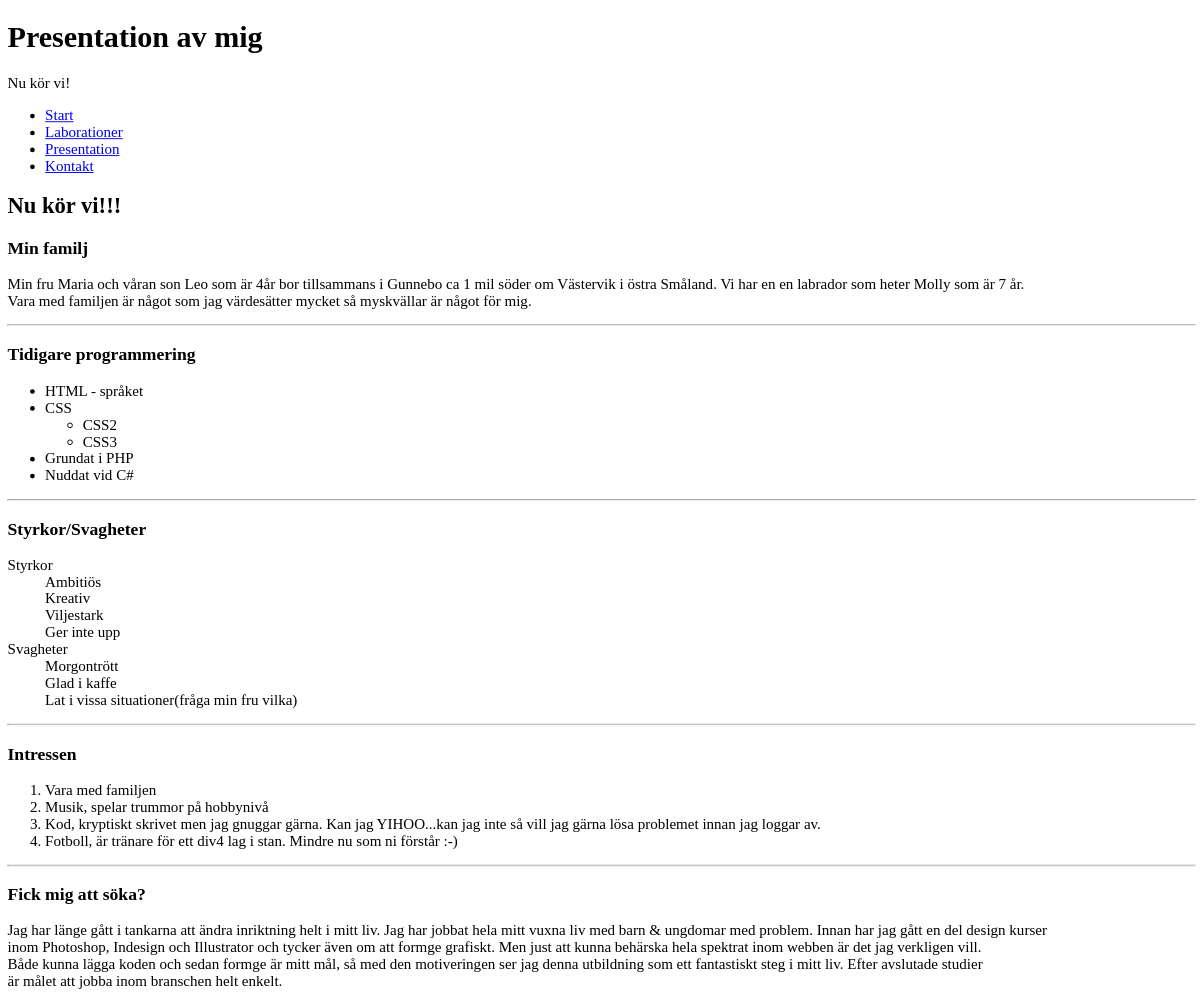
Repository: jt222ia/1ik415-jt222ia-laborationer
Page: pages/presentation.html
The author's editor kept a record of every edit. The page is drawn from the files as they stood at one moment, then again after the next edit.
The browser window is 1280 px wide. The pictures show the whole page, at 94% of full size.

Above is the page before.

### pages/presentation.html
<!DOCTYPE html>
<html>
    <head>
        <meta charset="utf-8" />
        <title>Min kursblogg - Presentation</title>
    </head>

    <body>

    <!-- Nu börjar jag presentationen av mig :-) -->

    <h1>Presentation av mig</h1>
        <span>Nu kör vi!</span>

            <ul>
               <li><a href="../index.html">Start</a></li>
               <li><a href="laborationer.html">Laborationer</a></li>
               <li><a href="presentation.html">Presentation</a></li>
               <li><a href="kontakt.html">Kontakt</a></li>
            </ul>

        <h2>Nu kör vi!!!</h2>

            <h3>Min familj</h3>
                    <p> Min fru Maria och våran son Leo som är 4år bor tillsammans i Gunnebo ca 1 mil söder om Västervik i östra Småland.
                    Vi har en en labrador som heter Molly som är 7 år. <br />
                    Vara med familjen är något som jag värdesätter mycket så myskvällar är något för mig.
                    </p>
                    <hr />

            <h3>Tidigare programmering</h3>
                    <ul>
                        <li>HTML - språket</li>
                        <li>CSS
                            <ul>
                                <li>CSS2</li>
                                <li>CSS3</li>
                            </ul>
                        </li>
                        <li>Grundat i PHP</li>
                        <li>Nuddat vid C#</li>
                    </ul>
                    <hr />

            <h3>Styrkor/Svagheter</h3>
                    <dl>
                        <dt>Styrkor</dt>
                            <dd>Ambitiös</dd>
                            <dd>Kreativ</dd>
                            <dd>Viljestark</dd>
                            <dd>Ger inte upp</dd>

                        <dt>Svagheter</dt>
                            <dd>Morgontrött</dd>
                            <dd>Glad i kaffe</dd>
                            <dd>Lat i vissa situationer(fråga min fru vilka)</dd>
                    </dl>
                    <hr />

            <h3>Intressen</h3>
                        <ol>
                          <li>Vara med familjen</li>
                          <li>Musik, spelar trummor på hobbynivå</li>
                          <li>Kod, kryptiskt skrivet men jag gnuggar gärna. Kan jag YIHOO...kan jag inte så vill jag gärna lösa problemet innan jag loggar av.</li>
                          <li>Fotboll, är tränare för ett div4 lag i stan. Mindre nu som ni förstår :-)</li>
                        </ol>
                    <hr />

            <h3>Fick mig att söka?</h3>
                    <p>Jag har länge gått i tankarna att ändra inriktning helt i mitt liv. Jag har jobbat hela mitt vuxna liv med barn & ungdomar med problem.
                        Innan har jag gått en del design kurser<br /> inom Photoshop, Indesign och Illustrator och tycker även om att formge grafiskt. Men just att kunna behärska
                        hela spektrat inom webben är det jag verkligen vill.<br /> Både kunna lägga koden och sedan formge är mitt mål, så med den motiveringen ser jag denna utbildning
                        som ett fantastiskt steg i mitt liv. Efter avslutade studier<br /> är målet att jobba inom branschen helt enkelt.
                    </p>

     <!-- Nu avslutar jag presentationen av mig. Hoppas det var trevlig läsning -->

    </body>
</html>

After the next edit:
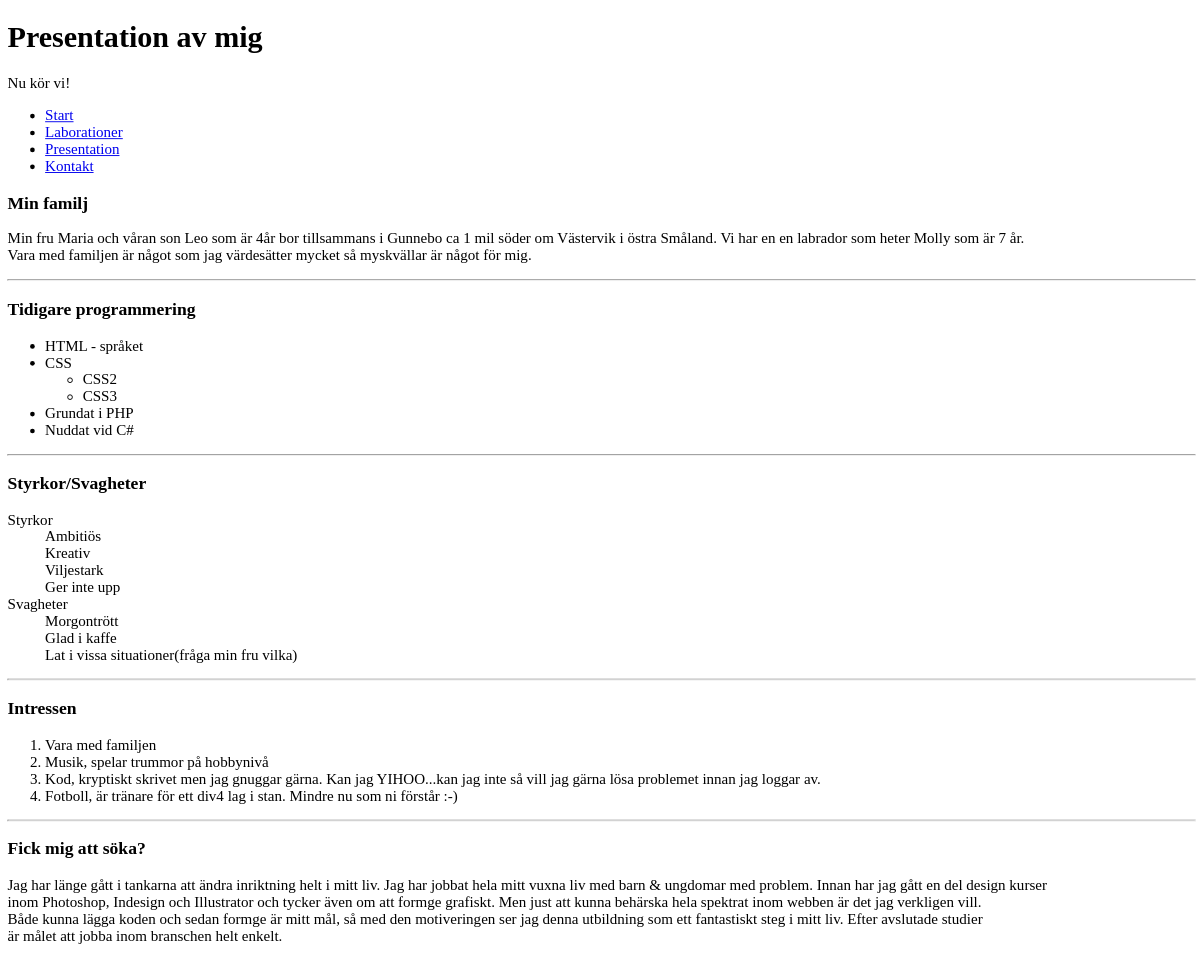
The edit:
--- a/pages/presentation.html
+++ b/pages/presentation.html
@@ -19,7 +19,6 @@
                <li><a href="kontakt.html">Kontakt</a></li>
             </ul>
 
-        <h2>Nu kör vi!!!</h2>
 
             <h3>Min familj</h3>
                     <p> Min fru Maria och våran son Leo som är 4år bor tillsammans i Gunnebo ca 1 mil söder om Västervik i östra Småland.
